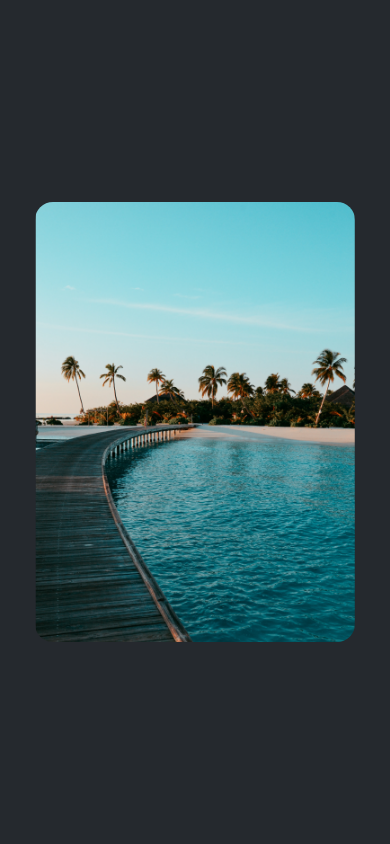
Repository: grlgmrs/StickerSmash
Screen: /
An editor plug-in stored every save of this project. The screen is shown before and after the next save, followed by the edit.
The app was drawn by React Native's web renderer in a window 390 px wide. The project was rebuilt for these pictures with package versions that can differ from the ones it lists, and the page was loaded fresh each time.

Above is the screen before, as saved 2023-01-27 15:41:22.

After the next save:
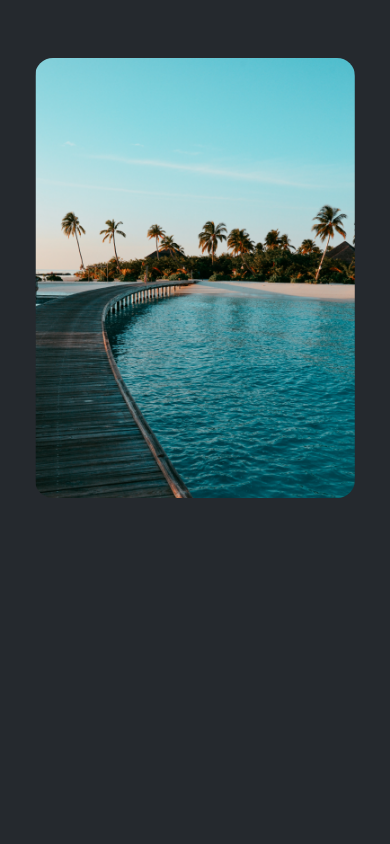
Saved 7 s later.
--- a/App.js
+++ b/App.js
@@ -7,7 +7,7 @@ const placeholderImage = require("./assets/images/background-image.png");
 export default function App() {
   return (
     <View style={styles.container}>
-      <View>
+      <View style={styles.imageContainer}>
         <ImageViewer placeholderImageSource={placeholderImage} />
       </View>
       <View></View>
